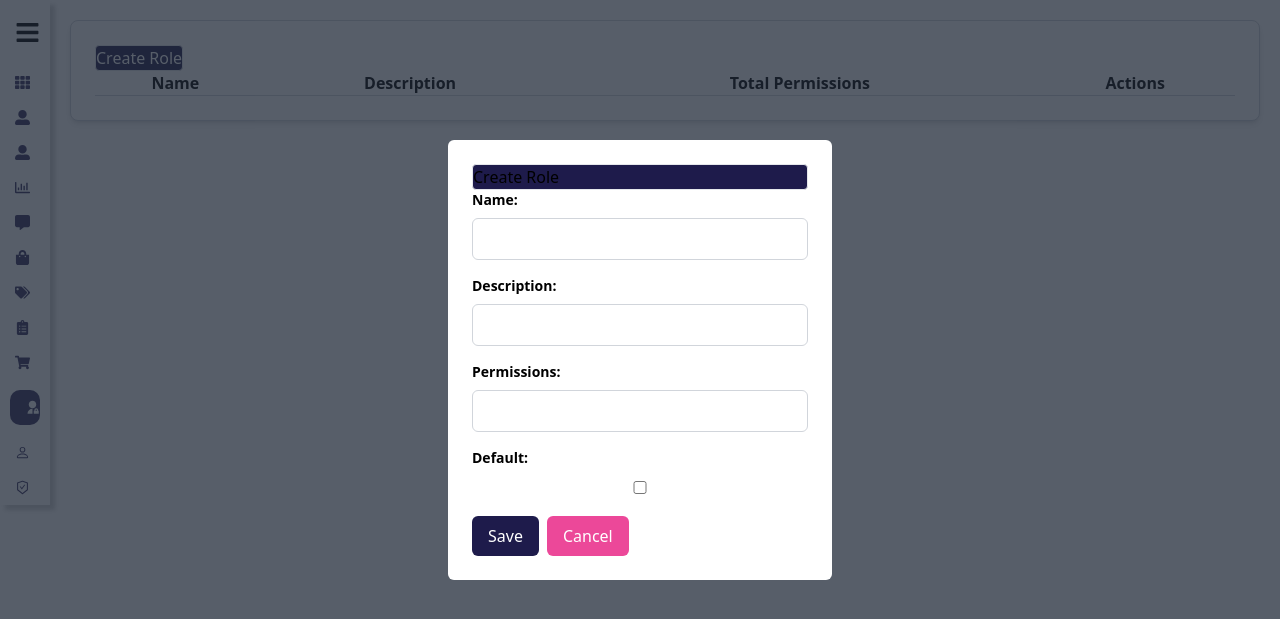
Repository: Andarg01/Admin
Page: /roles, after clicking the first element matching `button.bg-indigo-950`
An editor plug-in stored every save of this project. The page is shown before and after the next save, followed by the edit.
The browser window is 1280 px wide. The pictures show the whole page.
The page's requests for data from a server got no answer. The project was rebuilt for these pictures with package versions that can differ from the ones it lists, and the page was loaded fresh each time. No one was signed in, and anything a server would have sent is missing. Also part of the build but not shown: src/styles/analytics.css, src/pages/Analytics.tsx, src/pages/Dashboard.tsx, src/styles/productList.css, src/components/OrderModal.tsx, src/components/OrderTable.tsx, src/pages/Orders.tsx, src/components/CategoryModal.tsx and 15 more.

Above is the page before, as saved 2024-02-28 05:35:19.

After the next save:
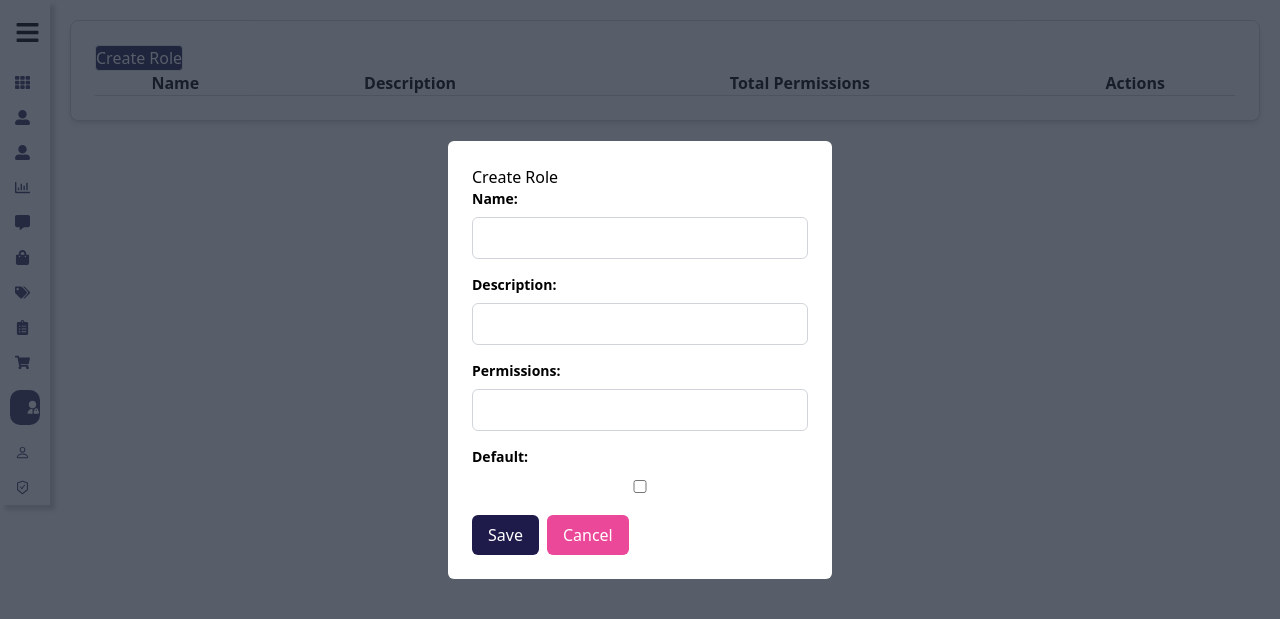
Saved 29 s later.
--- a/src/components/RoleModal.tsx
+++ b/src/components/RoleModal.tsx
@@ -40,7 +40,7 @@ const RoleModal: React.FC<RoleModalProps> = ({ onClose, role }) => {
   return (
     <div className="fixed top-0 left-0 w-full h-full bg-gray-800 bg-opacity-75 flex items-center justify-center">
             <div className="bg-white p-6 rounded-md w-96">
-      <h2 className='bg-indigo-950 border rounded hover:m-2'>{role ? 'Edit Role' : 'Create Role'}</h2>
+      <h2>{role ? 'Edit Role' : 'Create Role'}</h2>
       <div className='mb-4'>
       <label className="block text-sm font-semibold mb-2">
         Name:
